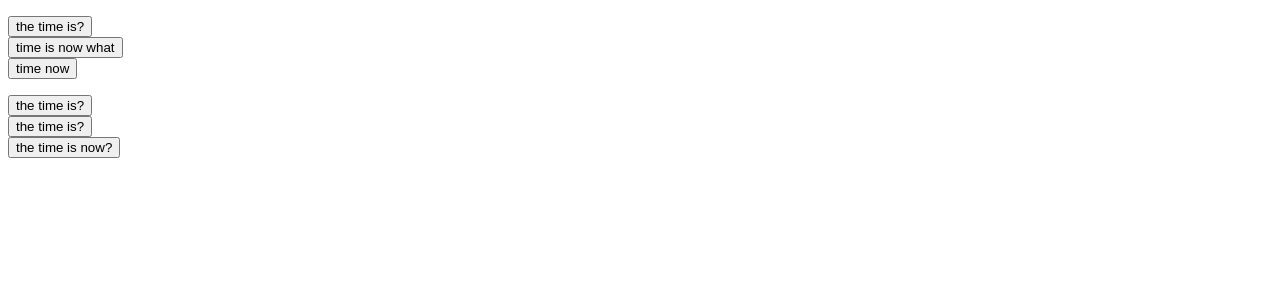
Repository: Dauddaniel/my-clock
Page: Bulb/Event.html
An editor plug-in stored every save of this project. The page is shown before and after a run of saves, followed by the edit.
The browser window is 1280 px wide. The pictures show the whole page.

Above is the page before, as saved 2023-05-18 08:51:38.

After the next 2 saves:
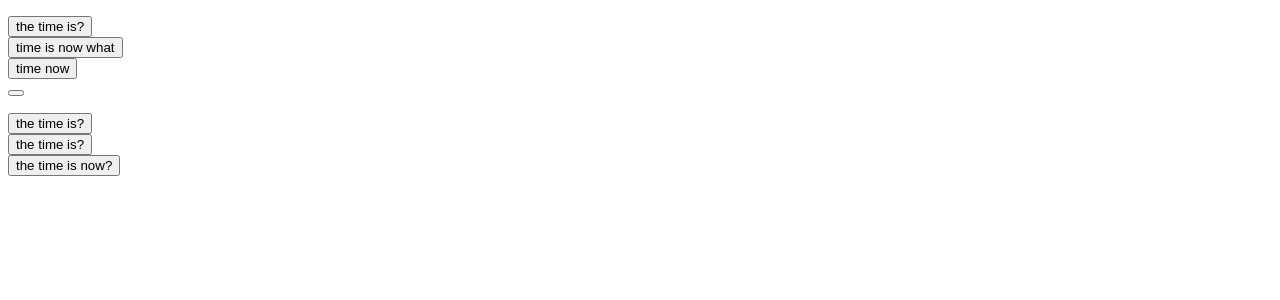
The 2 saves are shown as one change because they came seconds apart.
The last was saved 7 s later.
--- a/Bulb/Event.html
+++ b/Bulb/Event.html
@@ -14,7 +14,7 @@
     <button onclick="document.getElementById (demo).innerHTML=date()"> the time is?</button><br>
     <button onmouseout="document.getElementById('onmouse').innerHTML=Date()">time is now what</button> <br>
     <button onmouseover="document.getElementById('onmouse').innerHTML=Date()">time now</button> <br>
-
+    <button ></button>
 
     <p id="demo"></p>
     <button onclick="this.innerHTML=Date()">the time is?</button><br>
